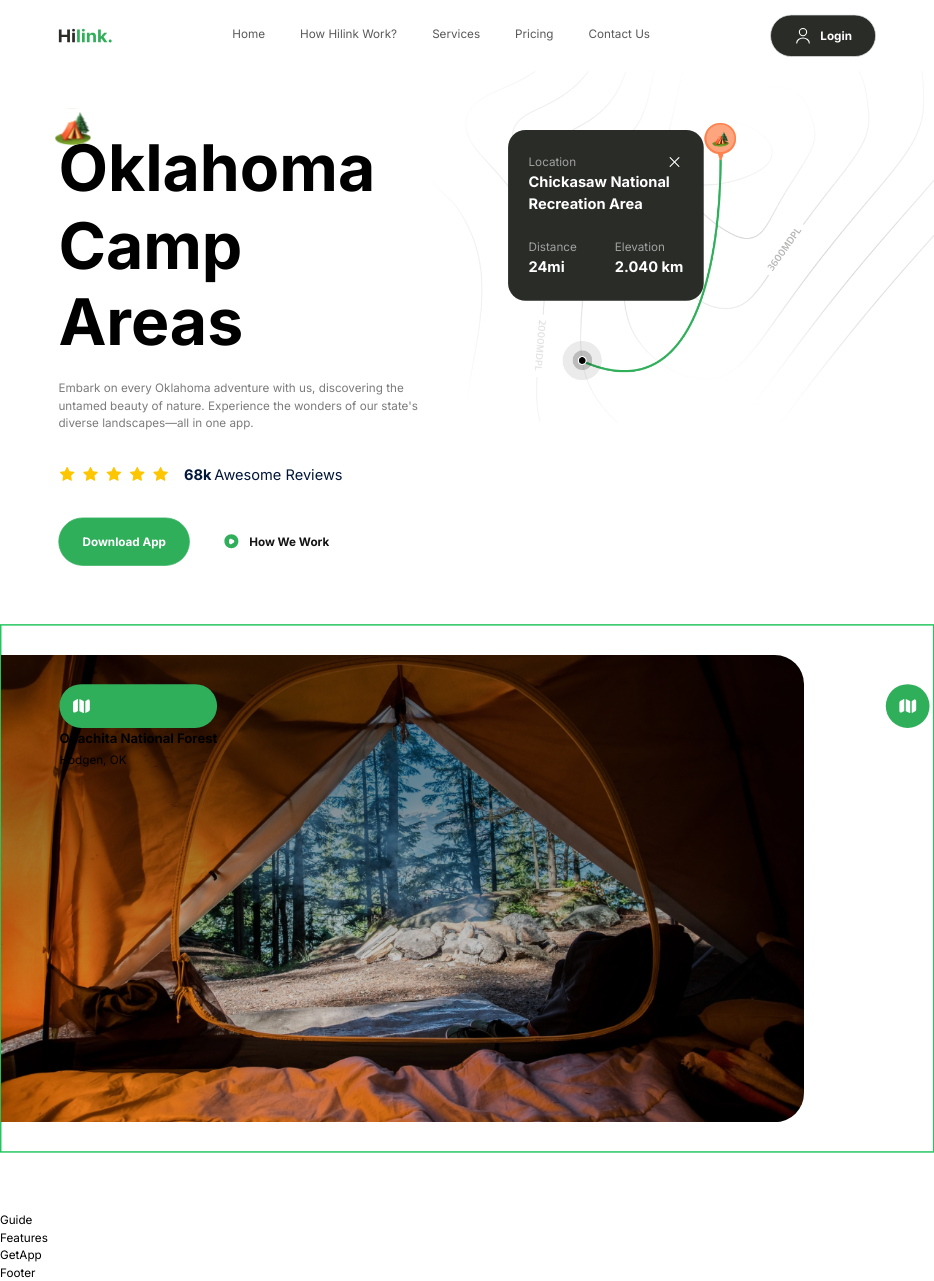
Repository: MikeeBuilds/camp
Page: /
These files come from the project's save history. The page is drawn as it stood at one moment and after a run of saves; the edit follows.
The browser window is 1280 px wide. The pictures show the whole page, at 73% of full size.
The project was rebuilt for these pictures with package versions that can differ from the ones it lists, and the page was loaded fresh each time. The framework's server and built-in components were replaced by stand-ins that run in the browser. Also part of the build but not shown: next.config.js.

Above is the page before, as saved 2023-11-24 22:09:38.

After the next 4 saves:
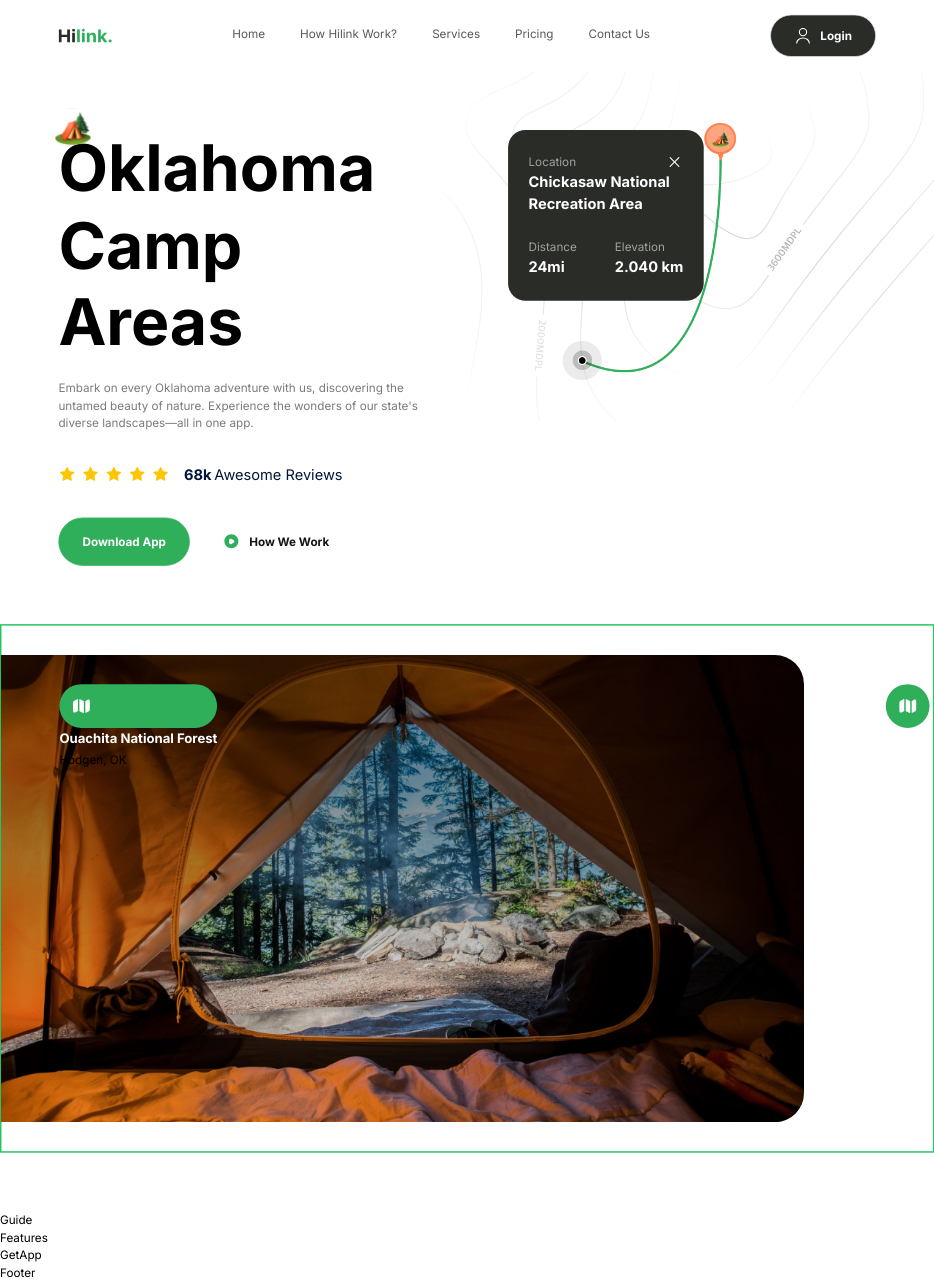
The 4 saves are shown as one change because they came seconds apart.
The last was saved 10 s later.
--- a/components/Camp.tsx
+++ b/components/Camp.tsx
@@ -22,7 +22,7 @@ const CampSite = ({ backgroundImage, title, subtitle, peopleJoined }: CampProps)
             />
           </div>
           <div className="flex flex-col gap-1">
-            <h4 className="bold-18">
+            <h4 className="bold-18 text-white">
               {title}
             </h4>
             <p>{subtitle}</p>
